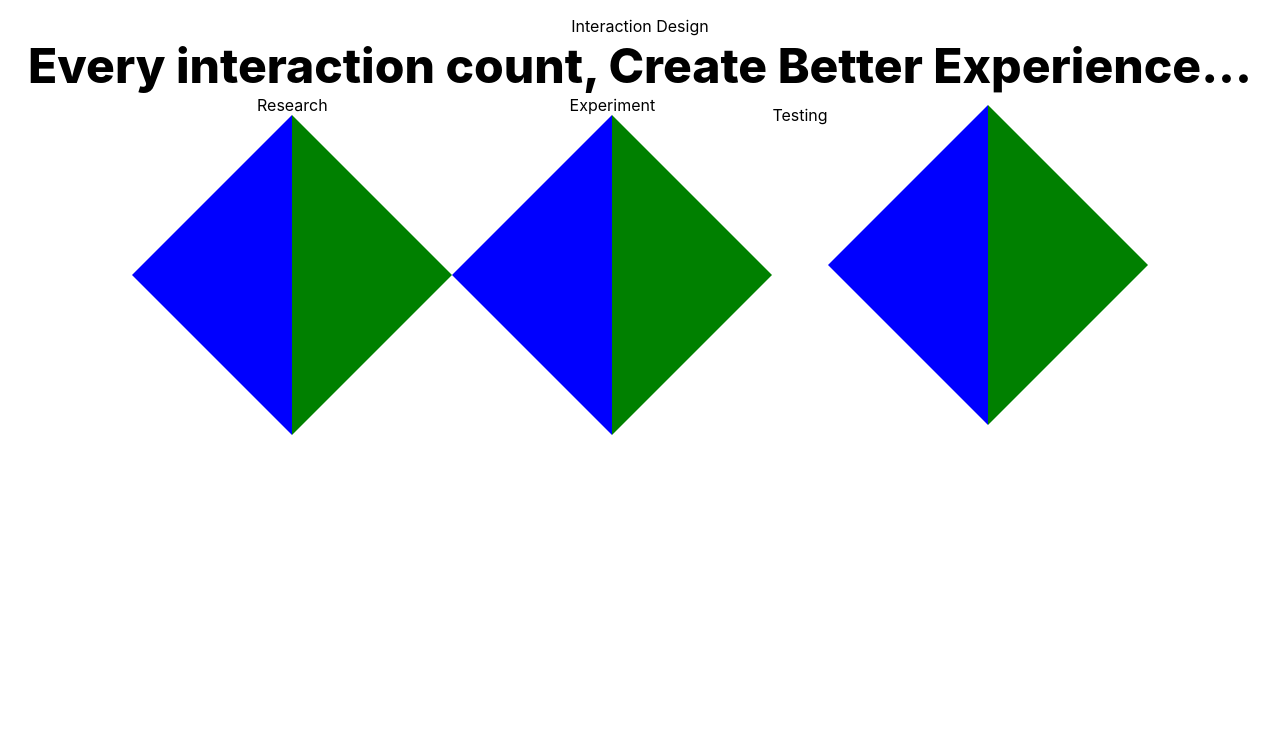
Repository: YingCG/interaction-design
Page: /
An editor plug-in stored every save of this project. The page is shown before and after the next save, followed by the edit.
The browser window is 1280 px wide. The pictures show the whole page.
The project was rebuilt for these pictures with package versions that can differ from the ones it lists, and the page was loaded fresh each time.

Above is the page before, as saved 2023-09-07 16:26:49.

After the next save:
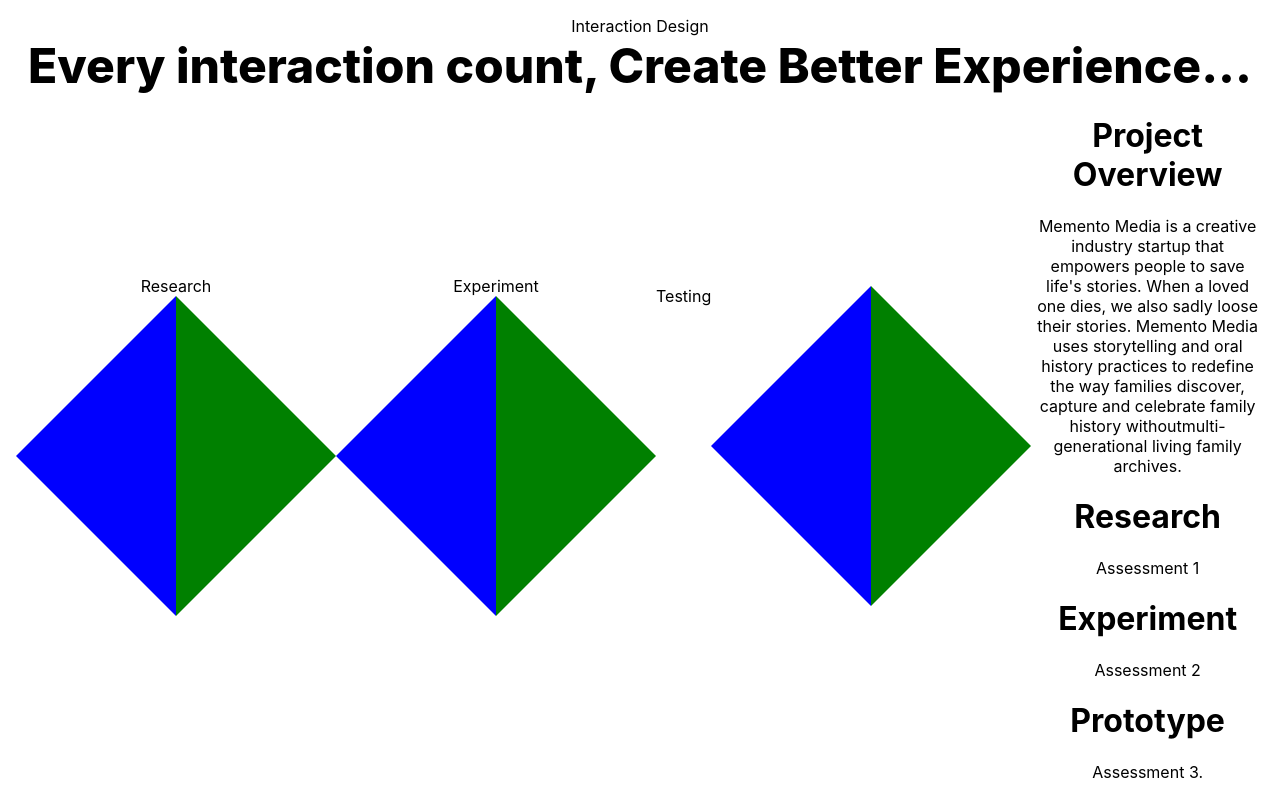
Saved 48 s later.
--- a/src/TripleDiamond.jsx
+++ b/src/TripleDiamond.jsx
@@ -44,7 +44,7 @@ function TripleDiamond() {
         </div>
         <div className="information">
           {contents.map((info, index) => (
-            <ProjectOverview key={index} props={info} />
+            <ProjectOverview key={index} {...info} />
           ))}
         </div>
       </div>
